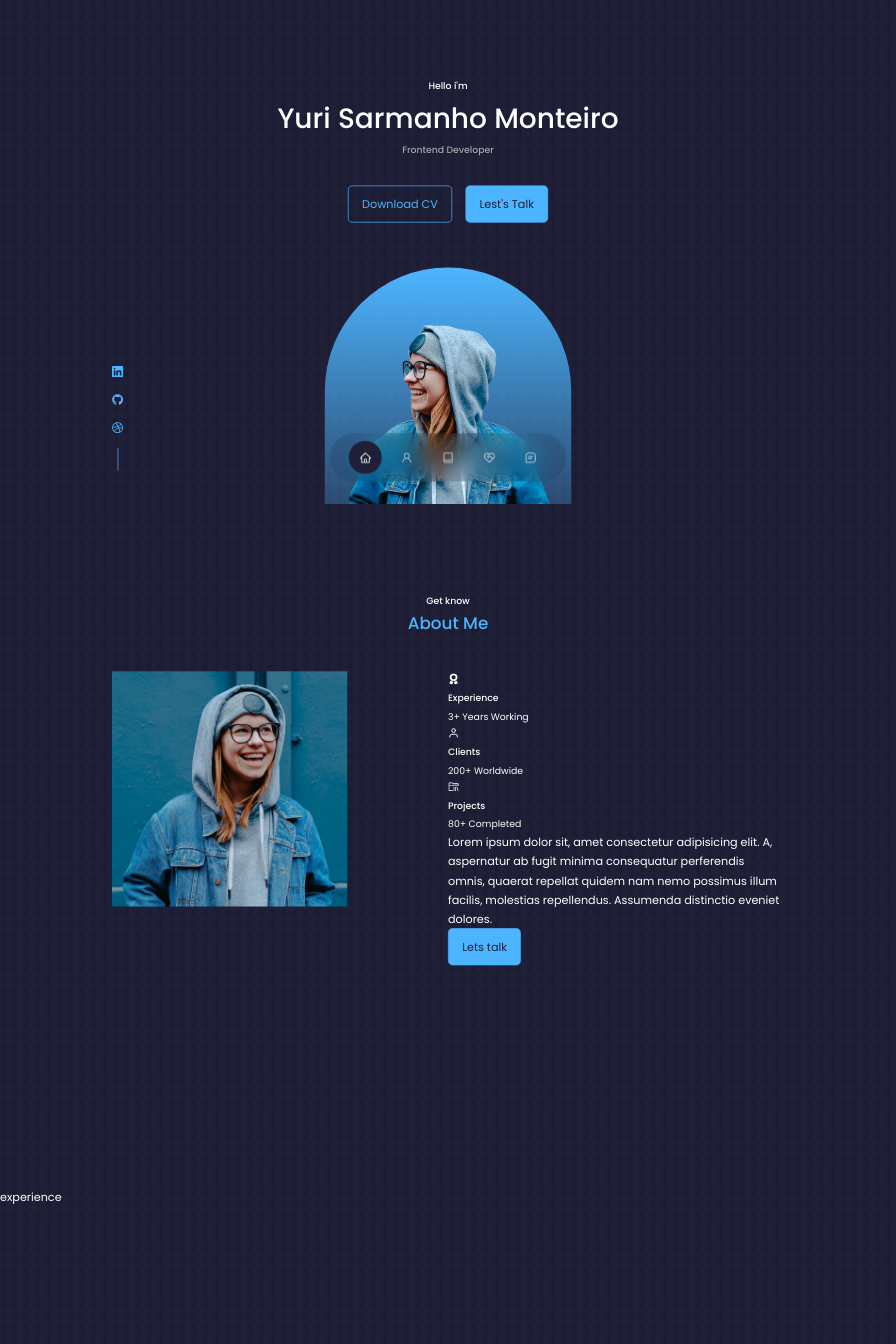
Repository: YuriSarmanho/Portifolio-
Page: / (app in portifolio/)
An editor plug-in stored every save of this project. The page is shown before and after the next save, followed by the edit.
The browser window is 1280 px wide. The pictures show the part of the page from y = 0 to 1920 px (the page is 5835 px tall), at 70% of full size.
The project was rebuilt for these pictures with package versions that can differ from the ones it lists, and the page was loaded fresh each time. Also part of the build but not shown: portifolio/src/Components/Contact/Contact.css, portifolio/src/Components/Testimonials/Testimonials.css. Imported but missing from the stored project, and not drawn on this page: portifolio/src/assets/cv.pdf.

Above is the page before, as saved 2022-05-13 15:04:56.

After the next save:
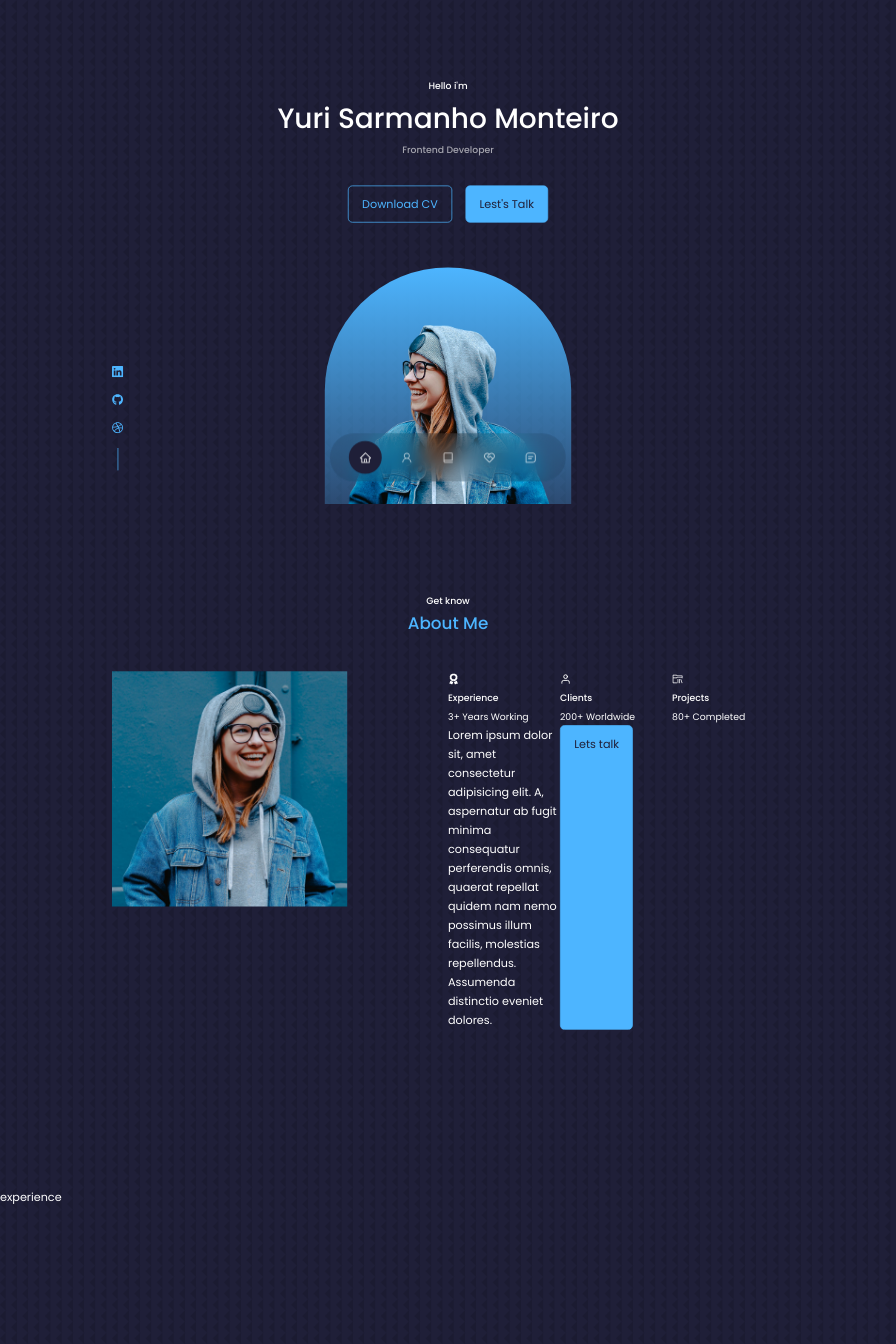
Saved 5 s later.
--- a/portifolio/src/Components/About/About.css
+++ b/portifolio/src/Components/About/About.css
@@ -30,5 +30,5 @@
 }
 .about__cards{
     display: grid;
-    grid-template-columns: repeat();
+    grid-template-columns: repeat(3,1fr);
 }
